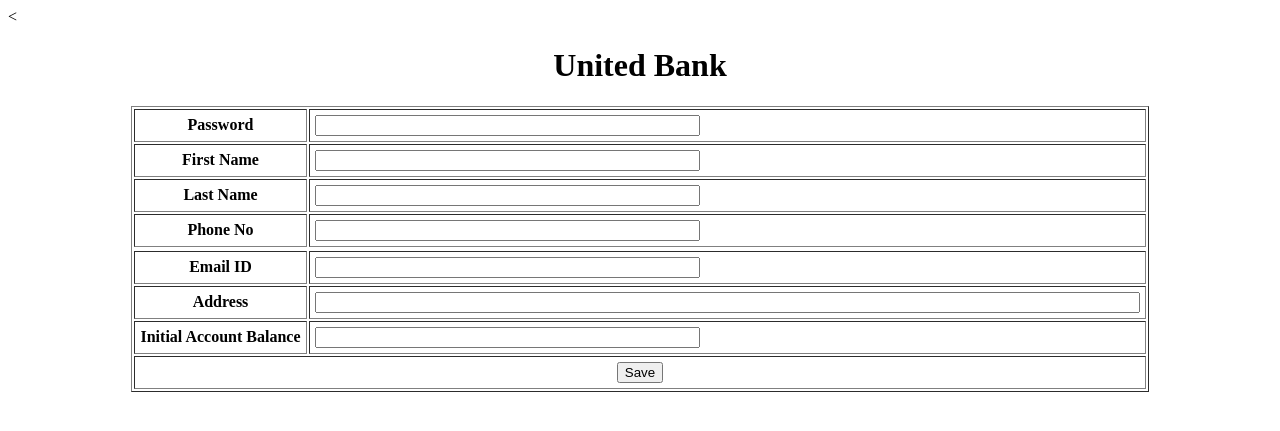
Repository: ameena017/bank-app
Page: http://localhost/banking-app/edituser.jsp
The author's editor kept a copy of each file at every save. The page is drawn from the files as they stood at one save, then again after the next save.
The browser window is 1280 px wide. The pictures show the whole page.
The page is served by Tomcat 9. Nobody is signed in. The application's start-up code is not run. The template is opened directly, without the code that normally fills it, so the values that code supplies are empty.

Above is the page before, as saved 2017-09-18 14:28:08.

After the next save:
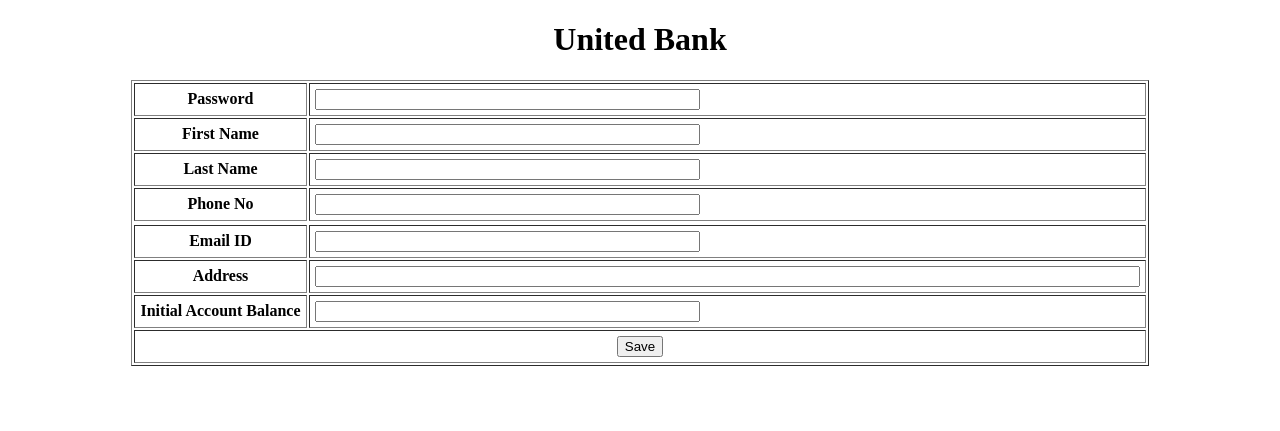
Saved 31 s later.
--- a/banking-app/WebContent/edituser.jsp
+++ b/banking-app/WebContent/edituser.jsp
@@ -1,4 +1,4 @@
-<<%@ page language="java" contentType="text/html; charset=ISO-8859-1"
+<%@ page language="java" contentType="text/html; charset=ISO-8859-1"
     pageEncoding="ISO-8859-1"%>
     <%@ taglib uri="http://java.sun.com/jsp/jstl/core" prefix="c" %>
 <!DOCTYPE html PUBLIC "-//W3C//DTD HTML 4.01 Transitional//EN" "http://www.w3.org/TR/html4/loose.dtd">
